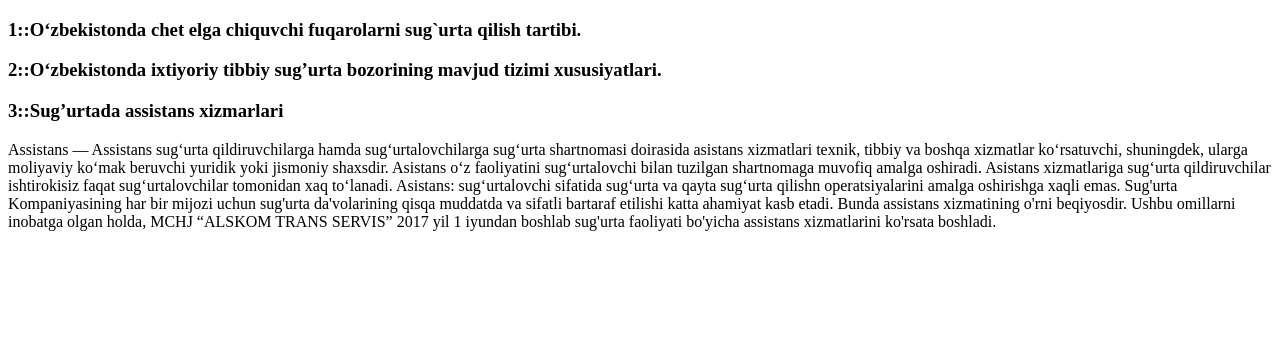
Repository: Ikromkhurozov/exam-inst
Page: index.html
The author's editor kept a copy of each file at every save. The page is drawn from the files as they stood at one save, then again after the next save.
The browser window is 1280 px wide. The pictures show the whole page.

Above is the page before, as saved 2023-05-21 14:42:52.

After the next save:
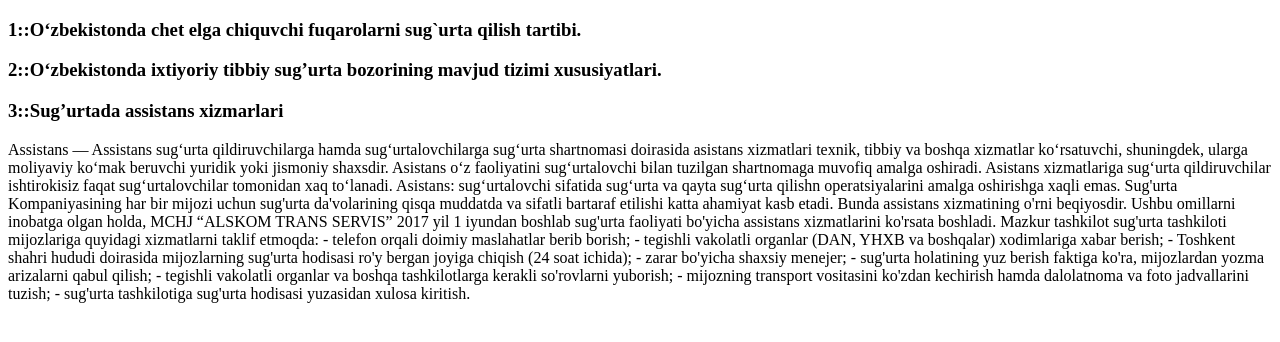
Saved 21 s later.
--- a/index.html
+++ b/index.html
@@ -32,6 +32,20 @@
       “ALSKOM TRANS SERVIS” 2017 yil 1 iyundan boshlab sug'urta
       faoliyati bo'yicha assistans xizmatlarini ko'rsata boshladi.
 
+      Mazkur tashkilot sug'urta tashkiloti mijozlariga quyidagi xizmatlarni taklif
+etmoqda:
+- telefon orqali doimiy maslahatlar berib borish;
+- tegishli vakolatli organlar (DAN, YHXB va boshqalar) xodimlariga xabar berish;
+- Toshkent shahri hududi doirasida mijozlarning sug'urta hodisasi ro'y bergan
+joyiga chiqish (24 soat ichida);
+- zarar bo'yicha shaxsiy menejer;
+- sug'urta holatining yuz berish faktiga ko'ra, mijozlardan yozma arizalarni
+qabul qilish;
+- tegishli vakolatli organlar va boshqa tashkilotlarga kerakli so'rovlarni
+yuborish;
+- mijozning transport vositasini ko'zdan kechirish hamda dalolatnoma va foto
+jadvallarini tuzish;
+- sug'urta tashkilotiga sug'urta hodisasi yuzasidan xulosa kiritish.
     </div>
 </body>
 </html>
